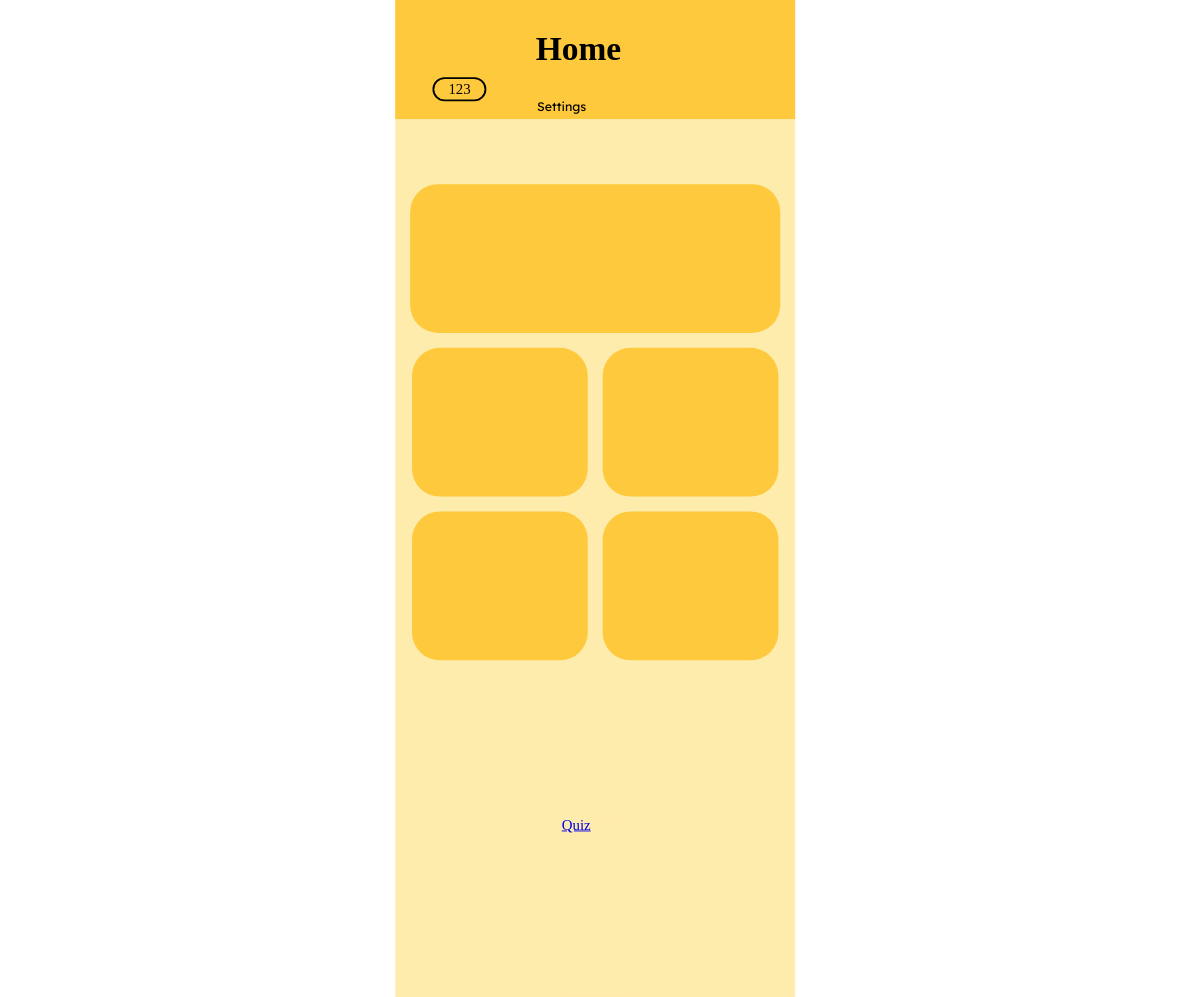
Repository: kellyzyhuang/HiveFive
Page: /
These files come from the project's save history. The page is drawn as it stood at one moment and after the next save; the edit follows.
The browser window is 1280 px wide. The page is 1282 px wide, so the pictures cover 1282 px, including what lies to the right of the window. The pictures show the whole page, at 93% of full size.
Some web fonts or font styles are not loaded; a fallback is used. The project was rebuilt for these pictures with package versions that can differ from the ones it lists, and the page was loaded fresh each time. The framework's server and built-in components were replaced by stand-ins that run in the browser. Also part of the build but not shown: next.config.js.

Above is the page before, as saved 2024-04-07 19:40:09.

### pages/index.js
import Head from 'next/head'
import Image from 'next/image'
import styles from '@/styles/Home.module.css'
import Header from '@/components/Header';
import NavBar from '@/components/NavBar';
export default function Home() {
  return (
    <>
      <Head>
        <title>Hive Five</title>
        <meta name="description" content="Save the bees one question at a time" />
        <meta name="viewport" content="width=device-width, initial-scale=1" />
        <link rel="icon" href="/favicon.ico" />
        <link rel="preconnect" href="https://fonts.googleapis.com"/>
        <link rel="preconnect" href="https://fonts.gstatic.com" crossorigin/>
        <link href="https://fonts.googleapis.com/css2?family=Besley:ital,wght@0,400..900;1,400..900&family=Lexend:wght@100..900&display=swap" rel="stylesheet"></link>
      </Head>
      <main className={styles.main}>
        <div className={styles.screen}>
          <Header title="Home"/>
          <div className={styles.buffer}></div>
            <img/>
            <div className={styles.activityGraph}></div>
            <div className={styles.gallery}>
              <div className={styles.item}></div>
              <div className={styles.item}></div>
              <div className={styles.item}></div>
              <div className={styles.item}></div>
            </div>
            <NavBar className={styles.nav}/>
        </div>
      </main>
    </>
  )
}

### styles/globals.css
:root {
  --secondary-color: #FEECAC;
  --accent-color: #FFC93D;
  --tertiary-color: #4D6A58;
  --black-text: #0000;
  --incorrect: #851313;
  --correct: #1E3E19;
  --shadow: #D5D1A7;
}

### styles/Home.module.css
.main {
  display: flex;
  justify-content: center;
  background-color: var(--black-text);
  min-height: 100vh;
  margin: -10px;
}

.screen {
  width: 430px;
  height: 100%;
  background-color: var(--secondary-color);
  display: flex;
  justify-content: center;
  flex-wrap: wrap;
}

.buffer{
  height: 10rem;
  width: 100%;
}

.screen img {
  background-color: var(--accent-color);
  width: 100%;
  border-radius: 30px;
  margin: 1rem;
}

.activityGraph {
  width: 100%;
  border-radius: 30px;
  height: 10rem;
  background-color: var(--accent-color);
  margin: 0.5rem 1rem;
}

.gallery {
  display: flex;
  flex-wrap: wrap;
  justify-content: center;
  width: 100%;
  margin-bottom: 10rem;
}

.item {
  width: 44%;
  height: 10rem;
  background-color: var(--accent-color);
  border-radius: 30px;
  margin: 0.5rem;
}

.nav {
  background-color: var(--accent-color);
  height: 9rem;
  width: 430px;
  position: fixed;
  bottom: 0;
  z-index: 1000;
}

### components/Header/index.js
import styles from './Header.module.css';
import Image from 'next/image';
import Link from 'next/link';

export default function Header({ title }) {
  return(
    <header className={styles.header}>
      {/* <Image src="/images/bee.png" alt="bee icon" width={1} height={1}/>  */}
      {/* exit button will be here */}
      <ul className={styles.list}>
        <li className={styles.listItem}>
          <div className={styles.counter}>123</div>
        </li>
        <li className={styles.listItem}>
          <h1 className={styles.pageTitle}>{title}</h1>
        </li>
        <li className={styles.listItem}>
          <button className={styles.settings}><Link href="/Settings"><Image className={styles.settingsImg}/>Settings</Link></button>
        </li>
      </ul>
    </header>
  )
}

### components/NavBar/index.js
import styles from "./NavBar.module.css";
import Images from "next/Images";

export default function NavBar(){
    return(
        <nav className={styles.navBar}>
            <a href={"/"}>Quiz</a> {/* will change to icon*/}
            <div className={styles.navMenu}>{/* will add */}
            <ul className={styles.navList}>
                <li className={styles.activity}>
                    <a href={"/"}>
                        <img/>
                        <span className={styles.label}></span>
                    </a>
                </li>
                <li className={styles.learnMore}>
                    <a href={"/"}>
                        <img/>
                        <span className={styles.label}></span>
                    </a>
                </li>
                <li className={styles.settings}>
                    <a href="/">
                        <img/>
                        <span className={styles.label}></span>
                    </a>
                </li>
                <li className={styles.home}>
                    <a href={"/"}>
                        <img/>
                        <span className={styles.label}></span>
                    </a>
                </li>
            </ul>
            </div>
        </nav>
    )
}

### components/Header/Header.module.css
.header {
  background-color: var(--accent-color);
  height: 8rem;
  width: 430px;
  position: fixed;
  top: 0;
  z-index: 1000;
  display: flex;
}

.list {
  list-style-type: none;
  display: flex;
  justify-content: space-between;
  align-items: center;
}

.pageTitle {
  font-size: 2.25rem;
  width: 100%;
  margin-right: 7rem;
  position: fixed;
  top: 1%;
  left: 45%;
  font-family: 'Besley', serif;
}

.counter {
  border: 2px solid black;
  width: 3rem;
  height: 1rem;
  padding: 0.2rem;
  margin-right: 4rem;
  border-radius: 20px;
  background-color: none;
  display: flex;
  justify-content: center;
  align-items: center;
  margin-top: 4rem;
}

.settings {
  transform: translate(-2rem);
  margin-top: 4rem;
  background-color: inherit;
  border: none;
  font-family: 'Lexend', sans-serif;
}

.settings a{
  color: black;
  text-decoration: none;
}

### components/NavBar/NavBar.module.css
.navBar{
    background-color: var(--secondary-color);
    color: var(--black-text);
}

Loaded but not shown: pages/_app.js (common file); pages/_document.js (common file)

After the next save:
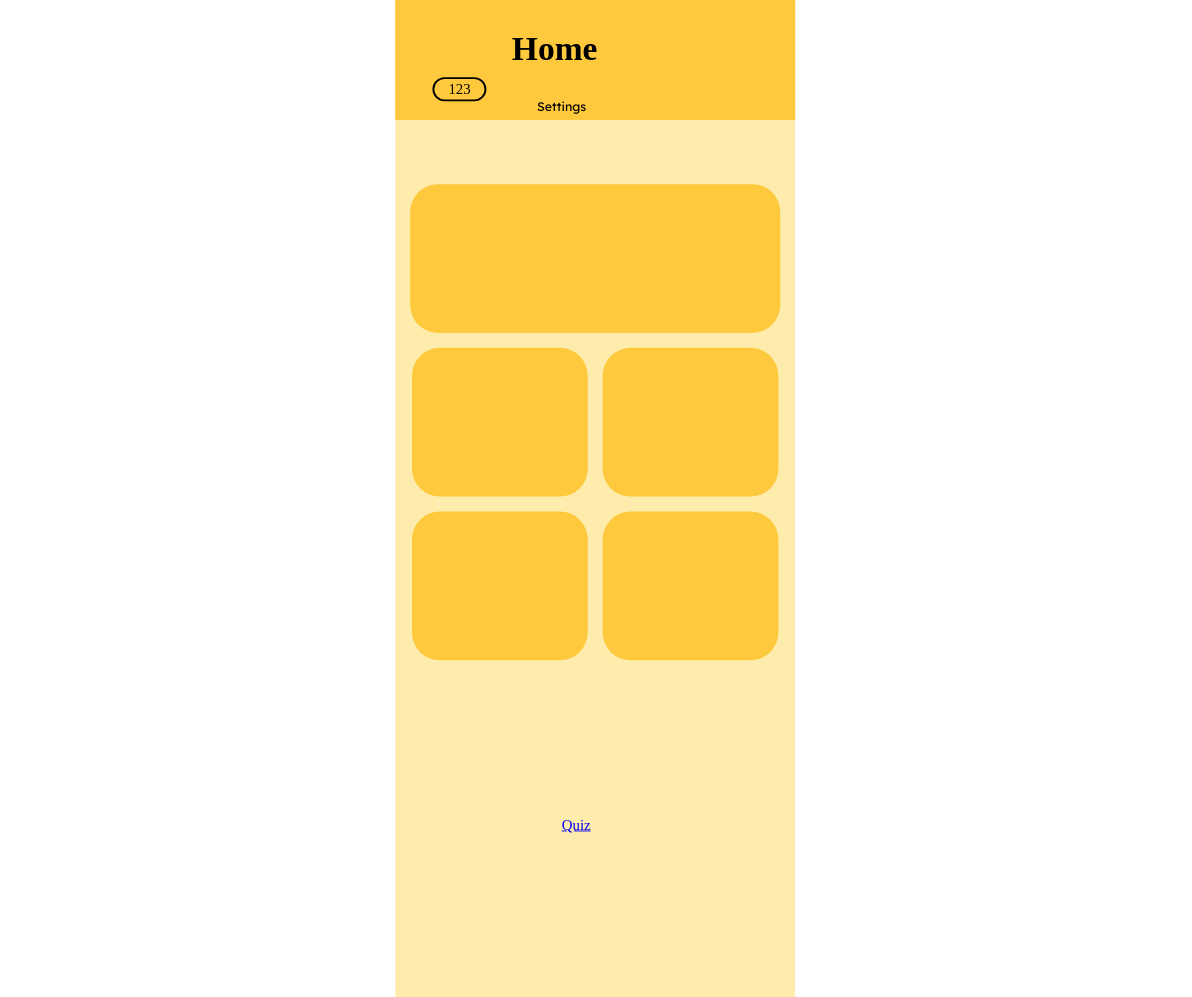
Saved 4 s later.
--- a/components/Header/Header.module.css
+++ b/components/Header/Header.module.css
@@ -21,7 +21,7 @@
   margin-right: 7rem;
   position: fixed;
   top: 1%;
-  left: 45%;
+  left: 43%;
   font-family: 'Besley', serif;
 }
 
